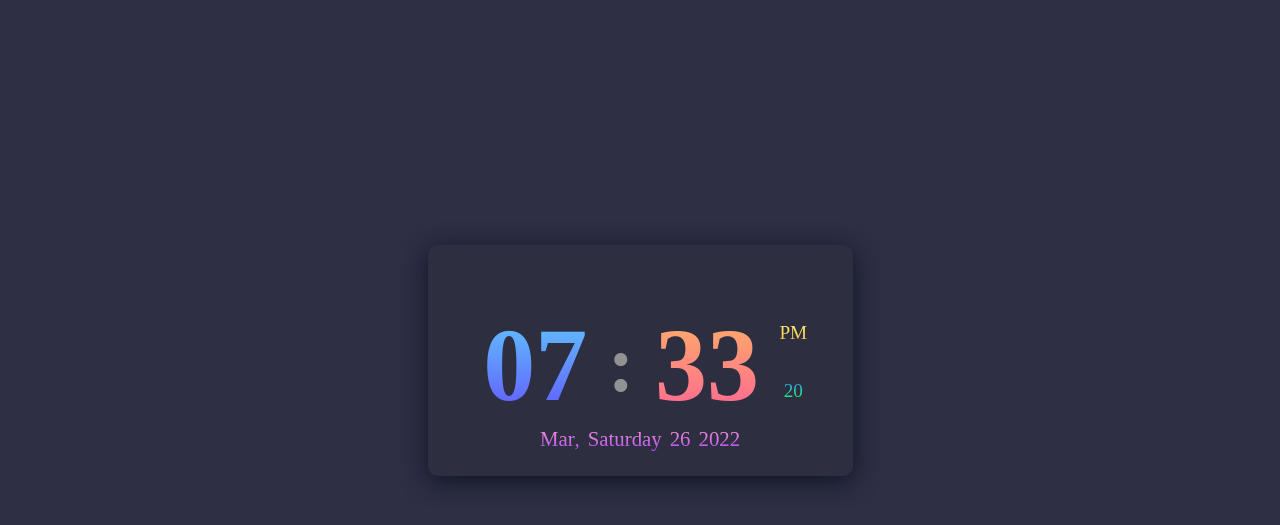
Repository: QUANGTHAI2003/digital-clock
Page: index.html
An editor plug-in stored every save of this project. The page is shown before and after a run of saves, followed by the edit.
The browser window is 1280 px wide. The pictures show the whole page.
Some icons come from a web library that is not loaded, so they are not drawn.

Above is the page before, as saved 2022-03-27 00:06:23.
Console error: TypeError: year.addEventListener is not a function

After the next 2 saves:
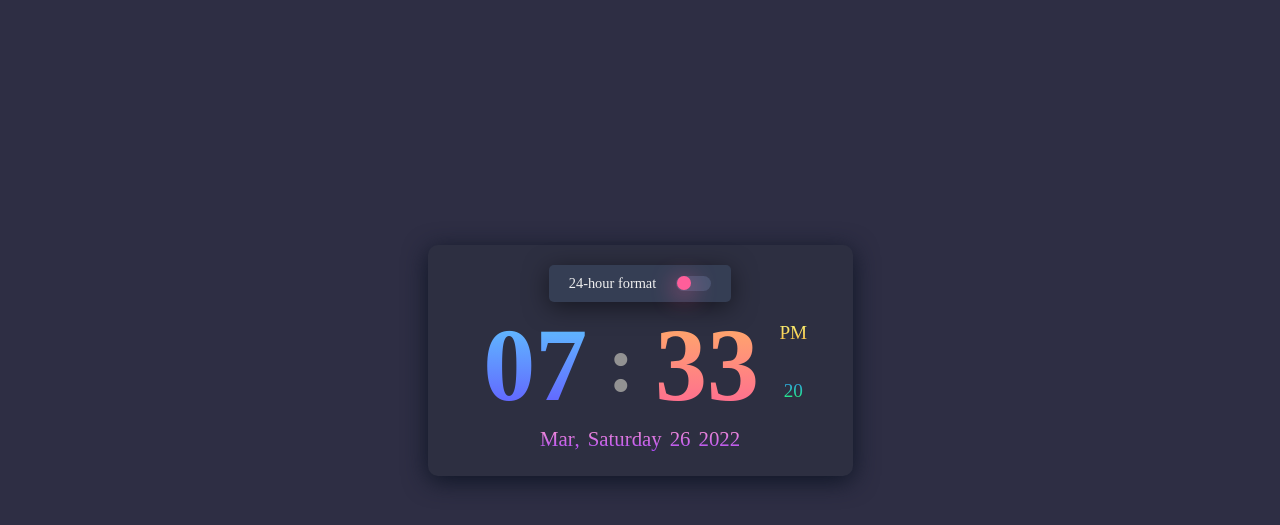
The 2 saves are shown as one change because they came seconds apart.
The last was saved 6 s later.
--- a/style.css
+++ b/style.css
@@ -137,15 +137,15 @@ right: 5px; */
     padding: 10px 20px;
     border-radius: 5px;
     box-shadow: 0 5px 25px rgba(0, 0, 0, 0.5);
-    visibility: hidden;
+    /* visibility: hidden;
     opacity: 0;
-    transition: 0.3s ease;
+    transition: 0.3s ease; */
 }
 
-.dot-menu.active {
+/* .dot-menu.active {
     visibility: visible;
     opacity: 1;
-}
+} */
 
 .menu-item {
     display: flex;
